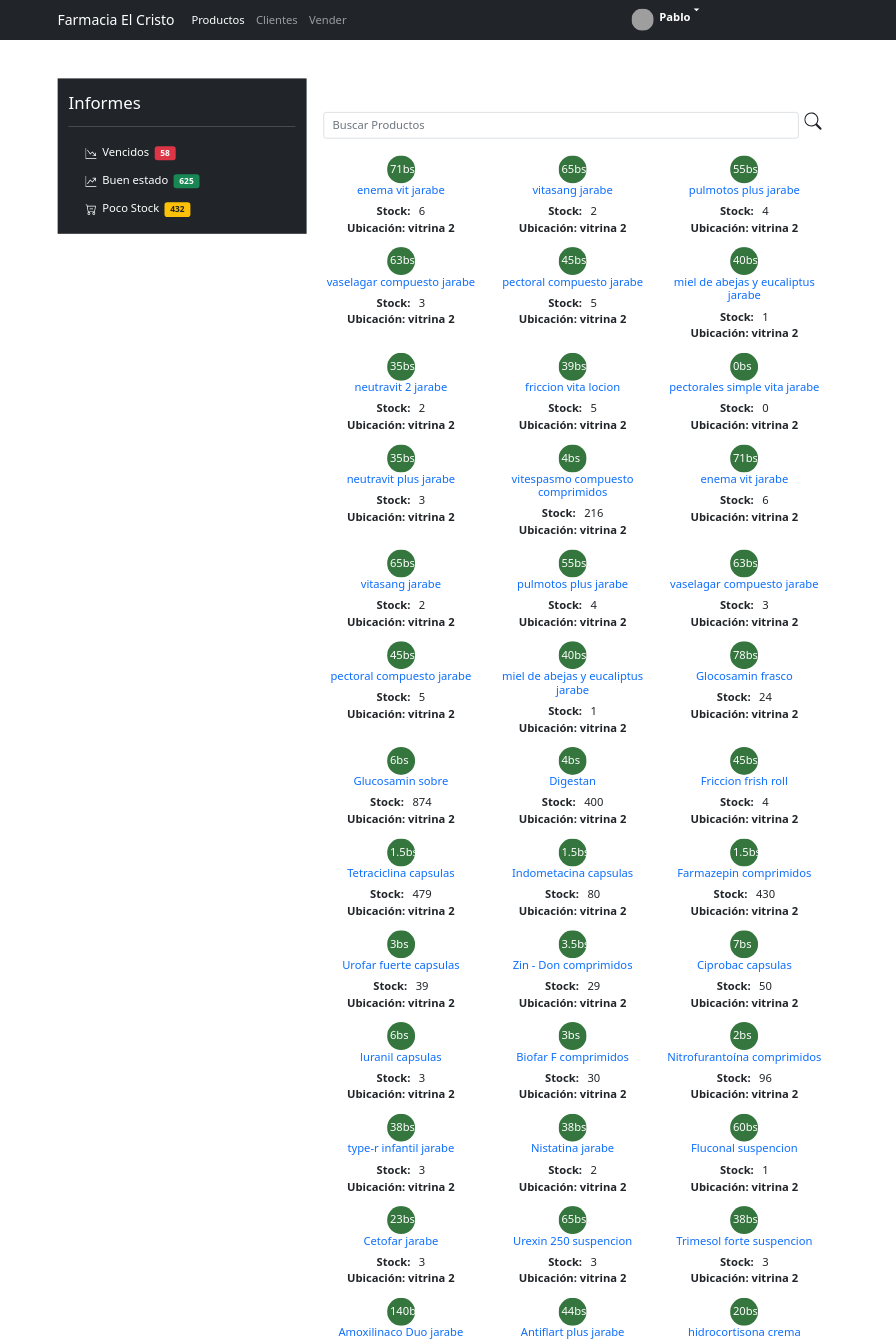
Repository: covales/farmacia
Page: /
These files come from the project's save history. The page is drawn as it stood at one moment and after the next save; the edit follows.
The browser window is 1280 px wide. The pictures show the part of the page from y = 0 to 1920 px (the page is 36407 px tall), at 70% of full size.
Pictures or frames that could not be fetched are drawn as grey boxes. The project was rebuilt for these pictures with package versions that can differ from the ones it lists, and the page was loaded fresh each time. Also part of the build but not shown: src/components/header/Header.jsx, src/components/product/ListProductVencidos.jsx, src/components/product/ListProductGood.jsx, src/components/product/ListProductLowStock.jsx, src/components/product/ProductSale.jsx, src/clientes/ListClient.jsx, src/components/product/Product.jsx.

Above is the page before, as saved 2022-01-23 13:42:19.

### public/index.html
<!DOCTYPE html>
<html lang="es">

<head>
  <meta charset="utf-8" />
  <link rel="icon" href="%PUBLIC_URL%/favicon.ico" />
  <meta name="viewport" content="width=device-width, initial-scale=1" />
  <meta name="theme-color" content="#000000" />
  <meta name="description" content="Web site created using create-react-app" />
  <link rel="apple-touch-icon" href="%PUBLIC_URL%/logo192.png" />

  <link rel="manifest" href="%PUBLIC_URL%/manifest.json" />

  <title>Farmacia</title>
  <link href="https://cdn.jsdelivr.net/npm/bootstrap@5.1.3/dist/css/bootstrap.min.css" rel="stylesheet"
    integrity="sha384-1BmE4kWBq78iYhFldvKuhfTAU6auU8tT94WrHftjDbrCEXSU1oBoqyl2QvZ6jIW3" crossorigin="anonymous">
  <script src="https://cdn.jsdelivr.net/npm/bootstrap@5.1.3/dist/js/bootstrap.bundle.min.js"
    integrity="sha384-ka7Sk0Gln4gmtz2MlQnikT1wXgYsOg+OMhuP+IlRH9sENBO0LRn5q+8nbTov4+1p"
    crossorigin="anonymous"></script>
</head>

<body>

  <div id="root"></div>

</body>

</html>

### src/index.js
import React from 'react';
import ReactDOM from 'react-dom';
import App from './App';


ReactDOM.render(

    <App/>,

  document.getElementById('root')
);

### src/App.js
import Home from './pages/Home';
import { BrowserRouter as Router, Routes, Route } from "react-router-dom";
import ListProductVencidos from './components/product/ListProductVencidos';
import ListProductGood from './components/product/ListProductGood';
import ListProductLowStock from './components/product/ListProductLowStock';
import ProductSale from './components/product/ProductSale';
import ListClient from './clientes/ListClient';
import Product from './components/product/Product';

function App() {
  return (
    <Router>

        <Routes>
          <Route exact path="/" element={<Home />}/>
          <Route exact path="vencidos" element={<ListProductVencidos/>}/>
          <Route exact path="good" element={<ListProductGood/>}/>
          <Route exact path="lowstock" element={<ListProductLowStock/>}/>
          <Route exact path="productsale" element={<ProductSale/>}/>
          <Route exact path="productos" element={<Product/>}/>
          <Route exact path="clientes" element={<ListClient/>}/>
        </Routes>

    </Router>

  );
}

export default App;

### src/pages/Home.jsx
import React from 'react'
import styled from 'styled-components'
import AsideReport from '../components/aside/AsideReport'
import Header from '../components/header/Header'
import Navbar from '../components/navbar/Navbar'
import ListProduct from '../components/product/ListProduct'

const Home = () => {
    return (
        <>
            <Navbar></Navbar>
            <main className='container pt-5'>
                <div className="row">
                    <div className="col-md-4"><AsideReport /></div>
                    <div className="col"><ListProduct /></div>
                </div>
            </main>

        </>

    )
}

export default Home

### src/components/aside/AsideReport.jsx
import React, { useState, useEffect } from 'react'
import data from '../../data/data'
import { Link } from "react-router-dom";

const initialExpiration = () => {
    const fActual = new Date();
    const limite = data.length;
    var number = 0;
    const BusquedaVencidos = [];

    for (let index = 0; index < limite; index++) {

        const productFV = new Date(data[index].fVencimiento?.toString());

        if (productFV <= fActual) {

            BusquedaVencidos.push(data[index]);
            number = BusquedaVencidos.length;

        }

    }

    return number
}

const initialGood = () => {
    const fActual = new Date();
    const limite = data.length;
    var number = 0;
    const BusquedaBuenos = [];

    for (let index = 0; index < limite; index++) {

        const productFV = new Date(data[index].fVencimiento?.toString());

        if (productFV > fActual) {

            BusquedaBuenos.push(data[index]);
            number = BusquedaBuenos.length;

        }

    }

    return number

}

const lowStock = () => {

    var number = 0;
    const limite = data.length;
    const lowstock = [];


    for (let index = 0; index < limite; index++) {

        const productCantidad = data[index].cantidad?.toString();
        const productItem = data[index].item?.toString();
        if (productCantidad<=10){
            lowstock.push(data[index])
           // console.log(lowstock, productItem,productCantidad);
           // console.log("total" + " "+ lowstock.length )
           number=lowstock.length;
        }




    }

    return number


}


const AsideReport = () => {

    const [count, setCount] = useState(initialExpiration);
    const [countxv, setCountXV] = useState(initialGood);
    const [countstock, setCountStock] = useState(lowStock);




    return (
        <div className='sticky-top pt-5'>
            <p></p>
            <div className="d-flex flex-column flex-shrink-0 p-3 text-white bg-dark">
                <p className="d-flex align-items-center mb-3 mb-md-0 me-md-auto text-white text-decoration-none">

                    <span className="fs-4">Informes</span>
                </p>
                <hr />
                <ul className="nav nav-pills flex-column ">
                    <li className="nav-item ">
                        <Link to="/vencidos" className="nav-link text-white " aria-current="page">
                            <svg xmlns="http://www.w3.org/2000/svg" width="16" height="16" fill="currentColor" className="bi bi-graph-down-arrow mx-2" viewBox="0 0 16 16">
                                <path d="M0 0h1v15h15v1H0V0Zm10 11.5a.5.5 0 0 0 .5.5h4a.5.5 0 0 0 .5-.5v-4a.5.5 0 0 0-1 0v2.6l-3.613-4.417a.5.5 0 0 0-.74-.037L7.06 8.233 3.404 3.206a.5.5 0 0 0-.808.588l4 5.5a.5.5 0 0 0 .758.06l2.609-2.61L13.445 11H10.5a.5.5 0 0 0-.5.5Z" />
                            </svg>
                            Vencidos<span className="badge bg-danger mx-2" >{count}</span>
                        </Link>
                    </li>
                    <li>
                        <Link to="/good" className="nav-link text-white">
                            <svg xmlns="http://www.w3.org/2000/svg" width="16" height="16" fill="currentColor" className="bi bi-graph-up-arrow mx-2" viewBox="0 0 16 16">
                                <path d="M0 0h1v15h15v1H0V0Zm10 3.5a.5.5 0 0 1 .5-.5h4a.5.5 0 0 1 .5.5v4a.5.5 0 0 1-1 0V4.9l-3.613 4.417a.5.5 0 0 1-.74.037L7.06 6.767l-3.656 5.027a.5.5 0 0 1-.808-.588l4-5.5a.5.5 0 0 1 .758-.06l2.609 2.61L13.445 4H10.5a.5.5 0 0 1-.5-.5Z" />
                            </svg>
                            Buen estado<span className="badge bg-success mx-2">{countxv}</span>
                        </Link>
                    </li>
                    <li>
                        <Link to="/lowstock" className="nav-link text-white ">
                            <svg xmlns="http://www.w3.org/2000/svg" width="16" height="16" fill="currentColor" className="bi bi-cart-dash mx-2" viewBox="0 0 16 16">
                                <path d="M6.5 7a.5.5 0 0 0 0 1h4a.5.5 0 0 0 0-1h-4z" />
                                <path d="M.5 1a.5.5 0 0 0 0 1h1.11l.401 1.607 1.498 7.985A.5.5 0 0 0 4 12h1a2 2 0 1 0 0 4 2 2 0 0 0 0-4h7a2 2 0 1 0 0 4 2 2 0 0 0 0-4h1a.5.5 0 0 0 .491-.408l1.5-8A.5.5 0 0 0 14.5 3H2.89l-.405-1.621A.5.5 0 0 0 2 1H.5zm3.915 10L3.102 4h10.796l-1.313 7h-8.17zM6 14a1 1 0 1 1-2 0 1 1 0 0 1 2 0zm7 0a1 1 0 1 1-2 0 1 1 0 0 1 2 0z" />
                            </svg>
                            Poco Stock<span className="badge bg-warning text-dark mx-2">{countstock}</span>
                        </Link>
                    </li>
                </ul>
            </div>

        </div>
    )
}

export default AsideReport

### src/components/navbar/Navbar.jsx
import React from 'react'
import Search from '../search/Search'
import { Link } from "react-router-dom";
import FormAddProduct from '../product/FormAddProduct';

const Navbar = (props) => {
    return (

        <div className='container'>
            <nav className="navbar navbar-expand-md navbar-dark  fixed-top bg-dark ">
                <div className="container ">
                    <Link className="navbar-brand" to="/">Farmacia El Cristo</Link>
                    <button className="navbar-toggler" type="button" data-bs-toggle="collapse" data-bs-target="#navbarCollapse" aria-controls="navbarCollapse" aria-expanded="false" aria-label="Toggle navigation">
                        <span className="navbar-toggler-icon"></span>
                    </button>
                    <div className="collapse navbar-collapse" id="navbarCollapse">
                        <ul className="navbar-nav me-auto mb-2 mb-md-0 ">
                            <li className="nav-item ">
                                <Link className="nav-link active" aria-current="page" to="/productos">Productos</Link>
                            </li>
                            <li className="nav-item">
                                <Link className="nav-link" to="/clientes">Clientes</Link>
                            </li>
                            <li className="nav-item">
                                <Link className="nav-link " to='/productsale'>Vender</Link>
                            </li>
                        </ul>
                        <div className="dropdown mx-auto">
                            <a href="#" className="d-flex text-white text-decoration-none dropdown-toggle" id="dropdownUser1" data-bs-toggle="dropdown" aria-expanded="false">
                                <img src="https://github.com/mdo.png" alt="" width="32" height="32" className="rounded-circle me-2" />
                                <strong>Pablo</strong>
                            </a>
                            <ul className="dropdown-menu dropdown-menu-dark text-small shadow" aria-labelledby="dropdownUser1">
                                <li><a className="dropdown-item" data-bs-toggle="modal" data-bs-target="#exampleModal">Registrar Producto</a></li>
                                <li><a className="dropdown-item" href="#">Registrar Vendedor</a></li>
                                <li><a className="dropdown-item" href="#">Registrar Cliente</a></li>
                                <li><hr className="dropdown-divider" /></li>
                                <li><a className="dropdown-item" href="#">Salir</a></li>
                            </ul>
                        </div>
                    </div>
                </div>
            </nav>
            <div className="modal fade" id="exampleModal"  aria-labelledby="exampleModalLabel" aria-hidden="true">
                <div className="modal-dialog modal-lg">
                    <div className="modal-content">
                        <div className="modal-header">
                            <h5 className="modal-title" id="exampleModalLabel">Registrar productos</h5>
                            <button type="button" className="btn-close" data-bs-dismiss="modal" aria-label="Close"></button>
                        </div>
                        <div className="modal-body">
                            <FormAddProduct></FormAddProduct>
                        </div>
                    </div>
                </div>
            </div>
        </div>

    )
}

export default Navbar

### src/components/product/ListProduct.jsx
import React, { useState, useEffect } from 'react'
import data from '../../data/data'
import Search from '../search/Search'





const ListProduct = () => {

    const [productos, setProductos] = useState([]);
    const [productsearch, setProductsearch] = useState([]);

    const getProductos = async () => {

        setProductos(data);
        setProductsearch(data);

    }

    const filtrar = (terminoBusqueda) => {

        const resultadoBusqueda = [];
        const limite = productsearch.length;

        for (let index = 0; index < limite; index++) {
            const nombreProducto = productsearch[index].medicamentoPresentacion?.toLowerCase();
            //console.log(nombreProducto);
            const patt = new RegExp(terminoBusqueda);
            const res = patt.test(nombreProducto);

            if (res) {
                resultadoBusqueda.push(productsearch[index])
            }
        }


        setProductos(resultadoBusqueda);

    }

    useEffect(() => {
        getProductos();
    }, [])


    return (

        <div className='row pt-5'>
            <div className='row sticky-top pt-5' >
                <div className='col-12'>
                    <p></p>
                <Search filtro={filtrar} />
                </div>

            </div>


            <div className="row pt-4">
                {productos && productos.map((producto) => {

                    return (
                        <div className="col-4 text-center" key={producto.item}>
                            <svg className="bd-placeholder-img rounded-circle" width="40" height="40" role="img" preserveAspectRatio="xMidYMid slice" focusable="false"><rect width="100%" height="100%" fill="#35753e" /><text x="10%" y="50%" fill="#fff" dy=".3em">{producto.pVenta}bs</text></svg>
                            <h6 className='text-primary '>{producto.medicamentoPresentacion}</h6>
                            <p ><b className='me-2'>Stock:</b> {producto.cantidad}<br />
                                <span className='text-'> <b> Ubicación: {producto.ubicacion}</b> </span>
                            </p>

                        </div>

                    );
                })}

            </div>

        </div>
    )
}

export default ListProduct

### src/components/search/Search.jsx
import React, { useState } from 'react'


const Search = (props) => {

    const [busqueda, setbusqueda] = useState("");

    const handleChange = (e) => {
        e.preventDefault();
        const cadena = e.target.value?.toLowerCase();
        setbusqueda(e.target.value);
        props.filtro(cadena);
        // console.log("busqueda: " + cadena);

    }

    return (

        <form className="d-flex">
            <input className="form-control me-2" type="search" placeholder="Buscar Productos" aria-label="Search" value={busqueda} onChange={handleChange} />
            <svg  width="26" height="26" fill="currentColor" className="bi bi-search" viewBox="0 0 16 16">
                <path d="M11.742 10.344a6.5 6.5 0 1 0-1.397 1.398h-.001c.03.04.062.078.098.115l3.85 3.85a1 1 0 0 0 1.415-1.414l-3.85-3.85a1.007 1.007 0 0 0-.115-.1zM12 6.5a5.5 5.5 0 1 1-11 0 5.5 5.5 0 0 1 11 0z" />
            </svg>
        </form>

    )
}

export default Search

### src/components/product/FormAddProduct.jsx
import React, { useState } from 'react'
import { addDoc, collection } from "firebase/firestore"
import db from "../../data/firebaseConfig"

const initialStateValues = {
    nombreProducto: '',
    presentacion: '',
    laboratorio: '',
    stock: '',
    fCompra: '',
    fVencimiento: '', //FECHA DE VENCIMIENTO
    pCompra: '',
    pVenta: '',  //PRECIO DE VENTA
    modoVenta: '',
    ubicacion: '',

}

const FormAddProduct = () => {

    const [producto, setProducto] = useState([initialStateValues]);

    const handleInputChange = e => {
        const { id, value } = e.target;
        setProducto({ ...producto, [id]: value });
        //console.log(addProducto);
    }

    const registrarProducto = async (objProducto) => {
        //console.log(objProducto);
        await addDoc(collection(db, "productos"), objProducto);
        console.log("registro exitoso");
    }

    const handleSubmit = e => {

        registrarProducto(producto);
        setProducto({ ...initialStateValues });
    }

    return (

        <div>
            <div className="mb-2 row">
                <label htmlFor="nombreProducto" className="col-sm-5 col-form-label col-form-label-sm">Nombre del producto</label>
                <div className="col-sm-5">
                    <input
                        type="text"
                        className="form-control form-control-sm"
                        id="nombreProducto"
                        onChange={handleInputChange}
                        value={producto.nombreProducto}
                    />
                </div>
            </div>
            <div className="mb-2 row">
                <label htmlFor="presentacion" className="col-sm-5 col-form-label col-form-label-sm">Presentacion</label>
                <div className="col-sm-5">
                    <input
                        type="text"
                        className="form-control form-control-sm"
                        id="presentacion"
                        onChange={handleInputChange}
                        value={producto.presentacion}
                    />
                </div>
            </div>
            <div className="mb-2 row">
                <label htmlFor="laboratorio" className="col-sm-5 col-form-label col-form-label-sm">Laboratorio</label>
                <div className="col-sm-5">
                    <input
                    type="text"
                    className="form-control form-control-sm"
                    id="laboratorio"
                    onChange={handleInputChange}
                    value={producto.laboratorio}
                    />
                </div>
            </div>
            <div className="mb-2 row">
                <label htmlFor="stock" className="col-sm-5 col-form-label col-form-label-sm">Stock</label>
                <div className="col-sm-5">
                    <input
                    type="number"
                    className="form-control form-control-sm"
                    id="stock"
                    onChange={handleInputChange}
                    value={producto.stock}
                    />
                </div>
            </div>
            <div className="mb-2 row">
                <label htmlFor="fCompra" className="col-sm-5 col-form-label col-form-label-sm">Fecha de compra</label>
                <div className="col-sm-5">
                    <input
                    type="date"
                    className="form-control form-control-sm"
                    id="fCompra"
                    onChange={handleInputChange}
                    value={producto.fCompra}
                    />
                </div>
            </div>
            <div className="mb-2 row">
                <label htmlFor="fVencimiento" className="col-sm-5 col-form-label col-form-label-sm">Fecha de vencimiento</label>
                <div className="col-sm-5">
                    <input
                    type="date"
                    className="form-control form-control-sm"
                    id="fVencimiento"
                    onChange={handleInputChange}
                    value={producto.fVencimiento}
                    />
                </div>
            </div>
            <div className="mb-2 row">
                <label htmlFor="pCompra" className="col-sm-5 col-form-label col-form-label-sm">Precio de compra</label>
                <div className="col-sm-5">
                    <input
                    type="number"
                    className="form-control form-control-sm"
                    id="pCompra"
                    onChange={handleInputChange}
                    value={producto.pCompra}
                    />
                </div>
            </div>
            <div className="mb-2 row">
                <label htmlFor="pVenta" className="col-sm-5 col-form-label col-form-label-sm">Precio de venta</label>
                <div className="col-sm-5">
                    <input
                    type="number"
                    className="form-control form-control-sm"
                    id="pVenta"
                    onChange={handleInputChange}
                    value={producto.pVenta}
                    />
                </div>
            </div>
            <div className="mb-2 row">
                <label htmlFor="modoVenta" className="col-sm-5 col-form-label col-form-label-sm">Modo de venta</label>
                <div className="col-sm-5">
                    <input
                    type="text"
                    className="form-control form-control-sm"
                    id="modoVenta"
                    onChange={handleInputChange}
                    value={producto.modoVenta}
                    />
                </div>
            </div>

            <div className="mb-2 row">
                <label htmlFor="ubicacion" className="col-sm-5 col-form-label col-form-label-sm">Ubicación</label>
                <div className="col-sm-5">
                    <input
                    type="text"
                    className="form-control form-control-sm"
                    id="ubicacion"
                    onChange={handleInputChange}
                    value={producto.ubicacion}
                    />
                </div>
            </div>
            <div className="modal-footer">
                <button type="button" className="btn btn-danger" data-bs-dismiss="modal">Cerrar</button>
                <button type="button" className="btn btn-success" onClick={handleSubmit}>Guardar</button>
            </div>
        </div>


    )
}

export default FormAddProduct

### src/data/firebaseConfig.js
import { initializeApp } from "firebase/app";
import{getFirestore} from "firebase/firestore";

const firebaseConfig = {
  apiKey: "AIzaSyA7HZ3krdNQi9LFzOJQ3K1FJDfejUxA9VE",
  authDomain: "farmaciaelcristo-3b008.firebaseapp.com",
  projectId: "farmaciaelcristo-3b008",
  storageBucket: "farmaciaelcristo-3b008.appspot.com",
  messagingSenderId: "828510295468",
  appId: "1:828510295468:web:bc866a5a4cdb1b1b821609"
};


const app = initializeApp(firebaseConfig);
const db = getFirestore(app);

export default db;

Loaded but not shown: src/data/data.js (library)

After the next save:
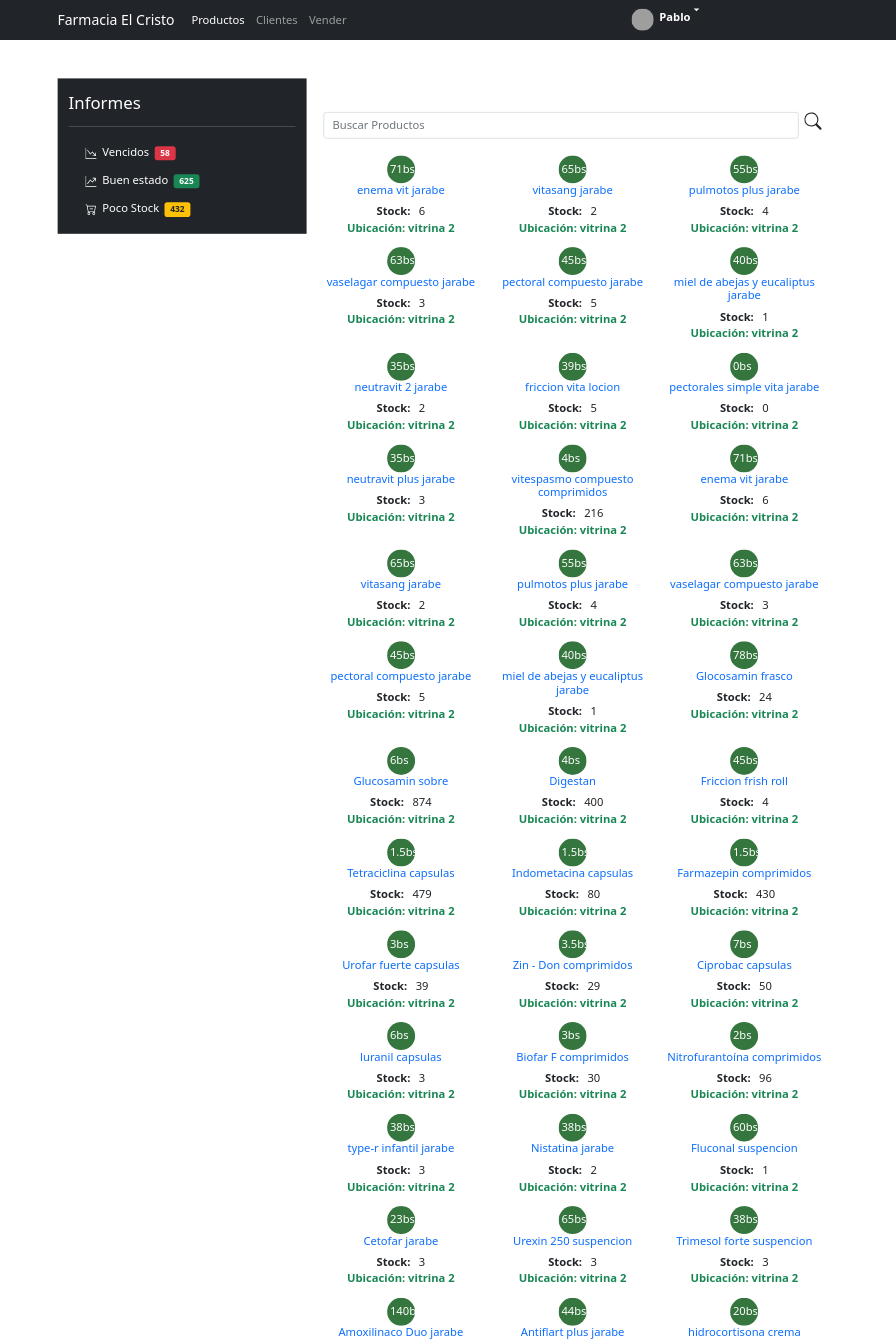
Saved 4 s later.
--- a/src/components/product/ListProduct.jsx
+++ b/src/components/product/ListProduct.jsx
@@ -64,7 +64,7 @@ const ListProduct = () => {
                             <svg className="bd-placeholder-img rounded-circle" width="40" height="40" role="img" preserveAspectRatio="xMidYMid slice" focusable="false"><rect width="100%" height="100%" fill="#35753e" /><text x="10%" y="50%" fill="#fff" dy=".3em">{producto.pVenta}bs</text></svg>
                             <h6 className='text-primary '>{producto.medicamentoPresentacion}</h6>
                             <p ><b className='me-2'>Stock:</b> {producto.cantidad}<br />
-                                <span className='text-'> <b> Ubicación: {producto.ubicacion}</b> </span>
+                                <span className='text-success'> <b> Ubicación: {producto.ubicacion}</b> </span>
                             </p>
 
                         </div>
